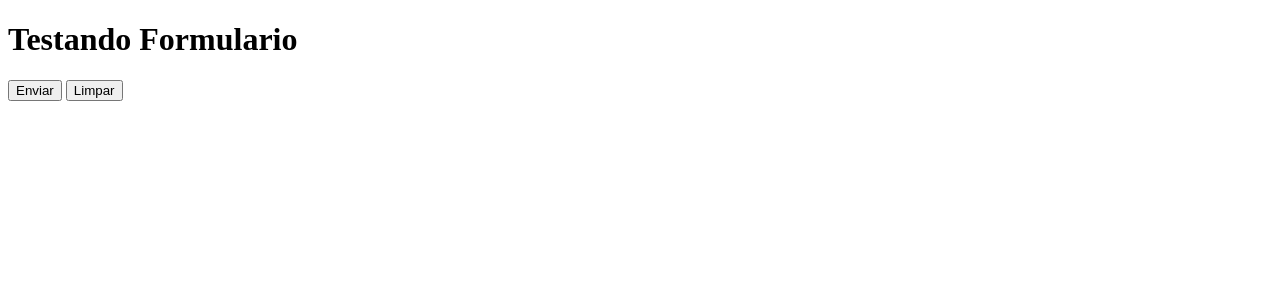
Repository: Lucianorodriguesdev/cursoHTML-CSS
Page: ex025/form009.html
An editor plug-in stored every save of this project. The page is shown before and after the next save, followed by the edit.
The browser window is 1280 px wide. The pictures show the whole page.

Above is the page before, as saved 2026-07-10 13:37:03.

After the next save:
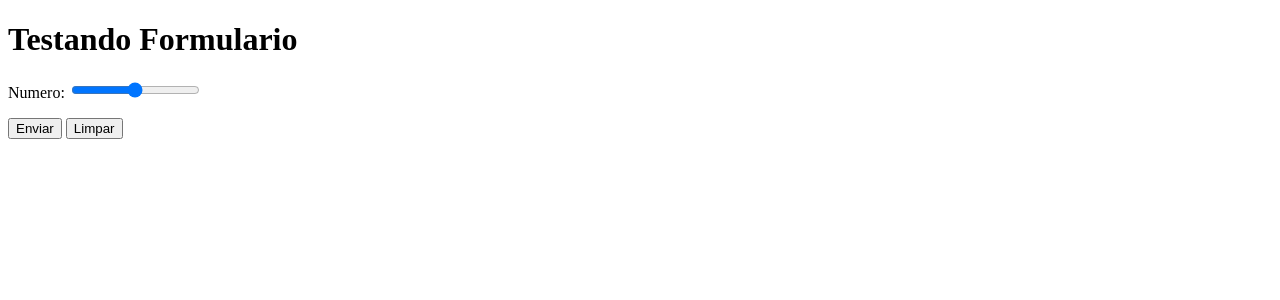
Saved 14 min 59 s later.
--- a/ex025/form009.html
+++ b/ex025/form009.html
@@ -9,7 +9,8 @@
     <h1>Testando Formulario</h1>
     <form action="formulario.php" method="get">
         <p>
-
+            <label for="inum">Numero:</label>
+            <input type="range" name="numero" id="inum">
         </p>
         <p>
             <input type="submit" value="Enviar">
